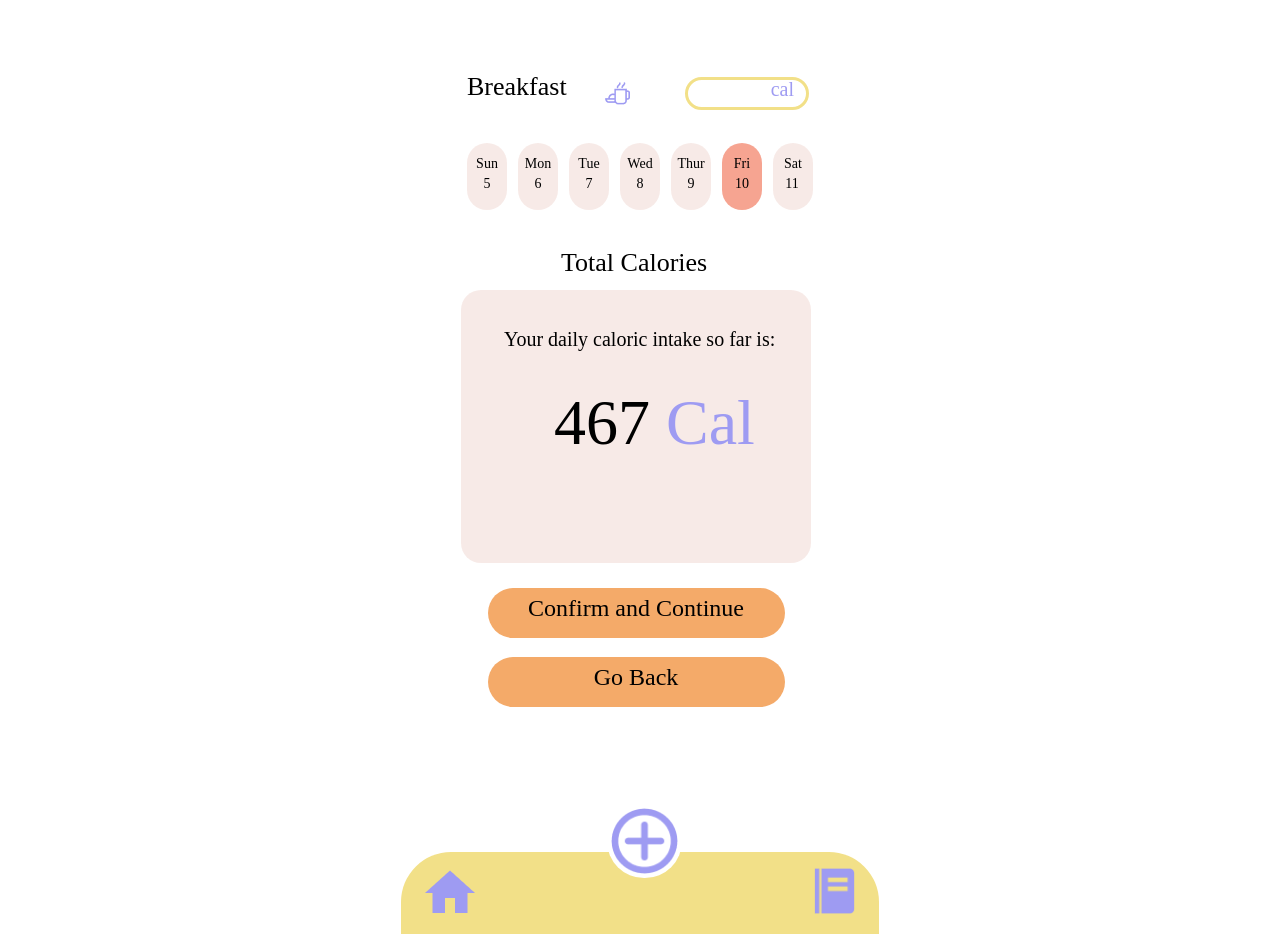
Repository: MeowCeline00/G5-Calorie-Tracker
Page: BreakfastCalCounter/index.html
An editor plug-in stored every save of this project. The page is shown before and after the next save, followed by the edit.
The browser window is 1280 px wide. The pictures show the whole page.

Above is the page before, as saved 2024-05-26 06:05:59.

After the next save:
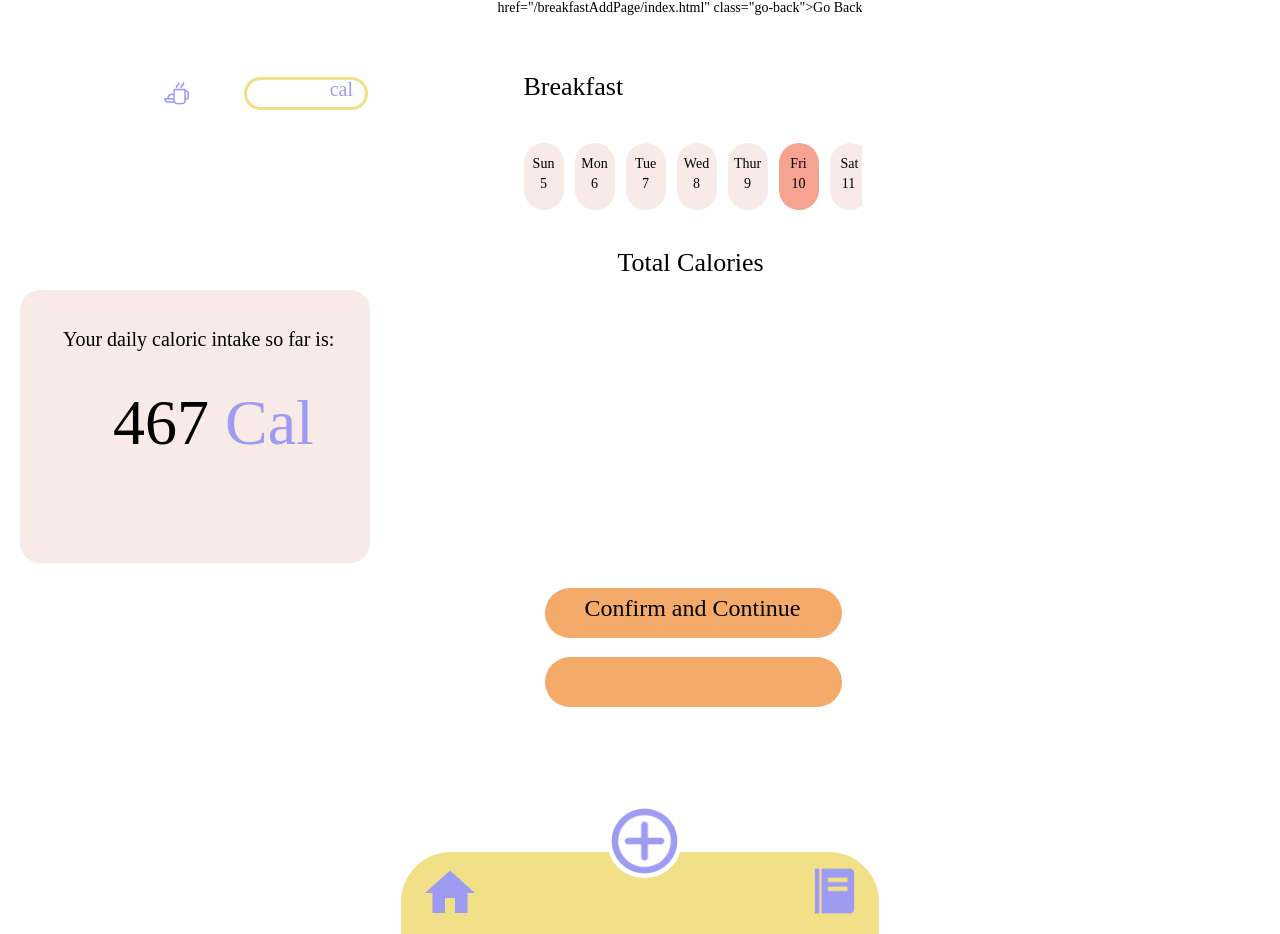
Saved 18 s later.
--- a/BreakfastCalCounter/index.html
+++ b/BreakfastCalCounter/index.html
@@ -51,7 +51,7 @@
     		<div class="add-page-child6">
     		</div>
     		<div class="confirm-and-continue">Confirm and Continue</div>
-    		<div href="/breakfastAddPage/index.html" class="go-back">Go Back</div>
+    		<div></div> href="/breakfastAddPage/index.html" class="go-back">Go Back</div>
     		<div class="add-page-child7">
     		</div>
     		<div class="cal">cal</div>

After the save that followed:
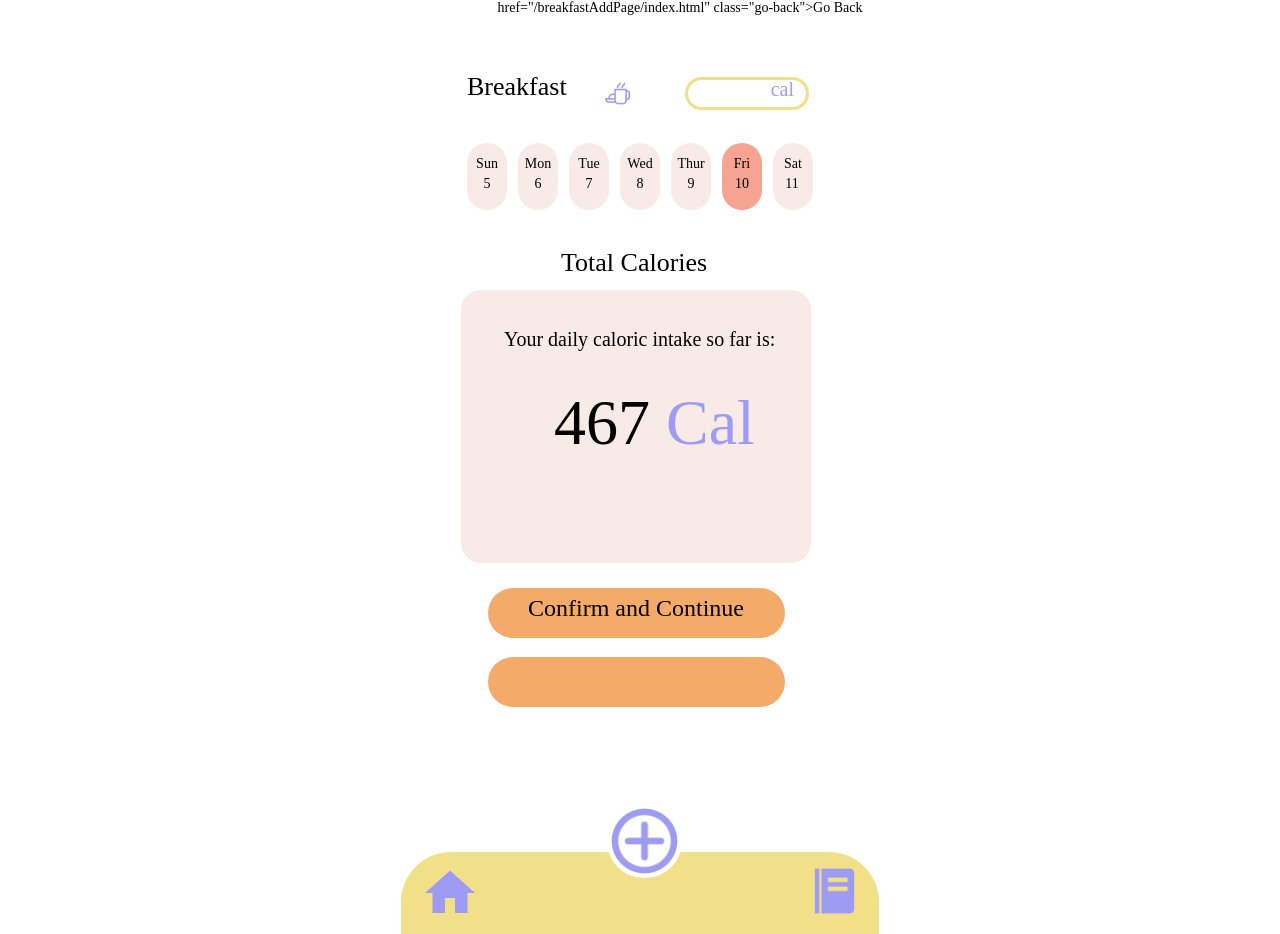
Saved 6 s later.
--- a/BreakfastCalCounter/index.html
+++ b/BreakfastCalCounter/index.html
@@ -51,7 +51,7 @@
     		<div class="add-page-child6">
     		</div>
     		<div class="confirm-and-continue">Confirm and Continue</div>
-    		<div></div> href="/breakfastAddPage/index.html" class="go-back">Go Back</div>
+    		<div><a></a> href="/breakfastAddPage/index.html" class="go-back">Go Back</div>
     		<div class="add-page-child7">
     		</div>
     		<div class="cal">cal</div>
